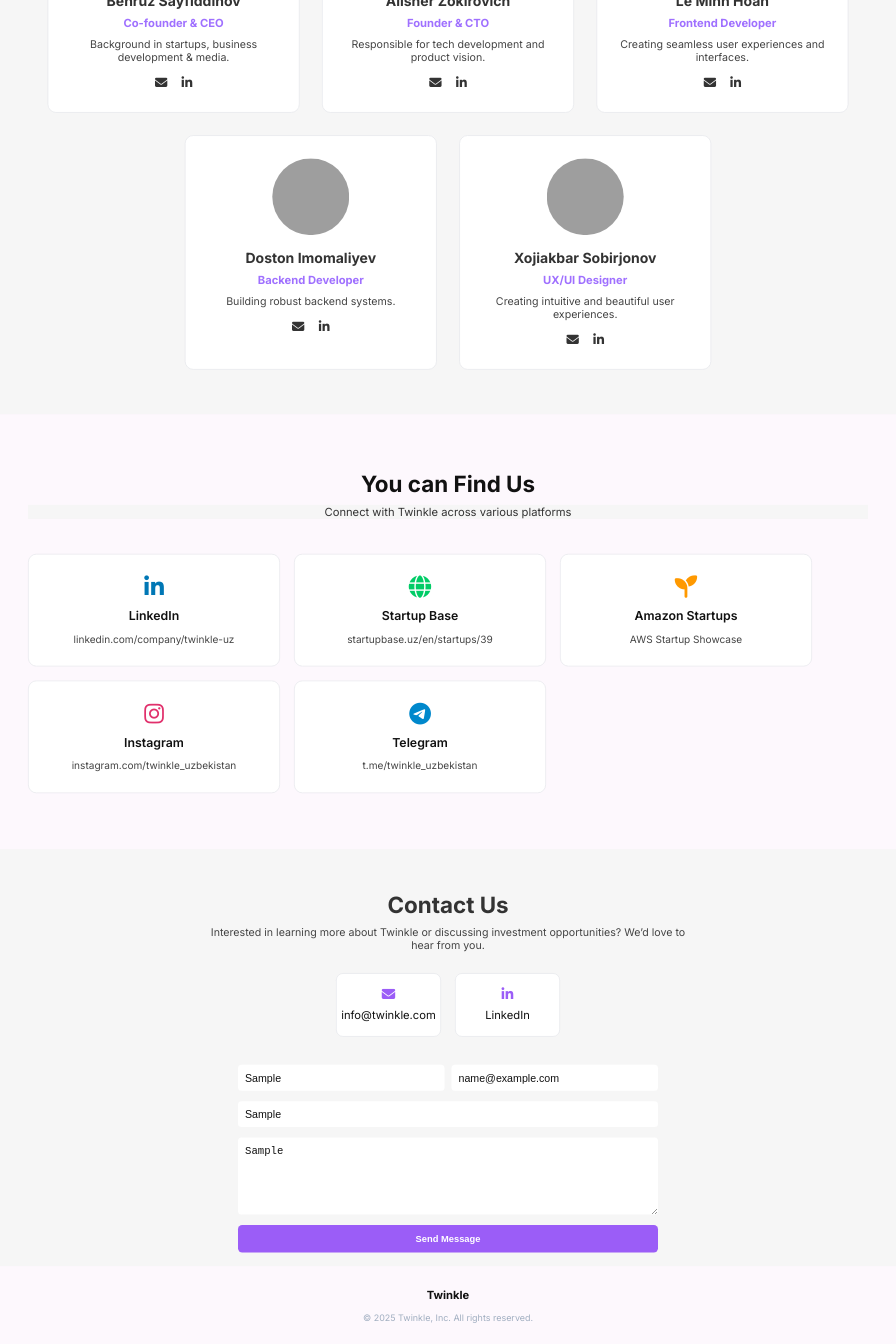
Repository: techboy-33/Twinkle-web
Page: index.html
The author's editor kept a copy of each file at every save. The page is drawn from the files as they stood at one save, then again after the next save.
The browser window is 1280 px wide. The pictures show the part of the page from y = 2433 to 4353 px (the page is 4353 px tall before and 4339 px after), at 70% of full size.
Empty fields were first filled with sample values (such as "Sample", 5 or name@example.com).
After loading, the first visible `#theme-toggle` was clicked once.
Pictures or frames that could not be fetched are drawn as grey boxes.

Above is the page before, as saved 2025-05-15 13:58:16.

### index.html
<!DOCTYPE html>
<html lang="en">

<head>
    <meta charset="UTF-8" />
    <meta name="viewport" content="width=device-width, initial-scale=1.0" />
    <title>Twinkle</title>
    <link href="styles.css" rel="stylesheet" />
    <link href="https://fonts.googleapis.com/css2?family=Inter:wght@400;600;700&display=swap" rel="stylesheet">
    <link rel="stylesheet" href="https://cdnjs.cloudflare.com/ajax/libs/font-awesome/6.5.0/css/all.min.css">
    <link rel="stylesheet" href="./base.css">
    <link rel="stylesheet" href="./responsive.css">
</head>

<body>
    <header class="navbar">
        <div class="container nav-inner">
            <div class="logo">Twinkle</div>
            <div class="nav-right">
                <nav class="nav-links">
                    <a href="#">General Info</a>
                    <a href="#">News</a>
                    <a href="#">Team</a>
                </nav>
                <div class="nav-icons">
                    <button class="icon-btn">
                        <i class="fa-solid fa-globe"></i>
                    </button>
                    <button class="icon-btn" id="theme-toggle">
                        <i class="fa-solid fa-sun"></i>
                    </button>
                    <button class="icon-btn contact-btn">Contact</button>
                    <button class="hamburger-menu" id="menu-toggle">
                        <i class="fa-solid fa-bars"></i>
                    </button>
                </div>
            </div>
        </div>
    </header>
    <section class="hero">
        <div class="hero-inner">
            <h1>Twinkle</h1>
            <p class="subtitle">
                A social media platform uniting creators who produce high-quality, intellectual, and value-driven
                content with innovative filtering and multi-monetization models.
            </p>

            <div class="info-grid">
                <div class="info-card">
                    <h3>Founded</h3>
                    <p>15th of December 2024</p>
                </div>
                <div class="info-card">
                    <h3>Headquarters</h3>
                    <p>Samarkand, Uzbekistan (remote)</p>
                </div>
                <div class="info-card">
                    <h3>Focus</h3>
                    <p>Creator economy, empowering media industry</p>
                </div>
                <div class="info-card">
                    <h3>Target Market</h3>
                    <p>Uzbekistan, Global Expansion</p>
                </div>
            </div>

            <button class="learn-btn">Learn More
                <i class="fa-solid fa-chevron-down"></i>
            </button>
        </div>
    </section>
    <main class="container">
        <section class="general-info">
            <h2>General Info</h2>
            <div class="info-columns">
                <div class="left">
                    <div>
                        <p class="strong">Industry</p>
                        <p>Social Media, Creator Economy</p>
                    </div>
                    <div>
                        <p class="strong">Business Model</p>
                        <p>Platform, Subscription, Transaction Fees</p>
                    </div>
                    <div>
                        <p class="strong">Location</p>
                        <p>Tashkent, Uzbekistan</p>
                    </div>
                    <div>
                        <p class="strong">Stage</p>
                        <p>Pre-Seed</p>
                    </div>
                </div>
                <div class="right">
                    <div>
                        <p class="strong">Description</p>
                        <p>Twinkle is designed to build a community of high-caliber, educational content creators while
                            creating a next-generation media platform that enables expanded monetization opportunities.
                        </p>
                    </div>
                    <div>
                        <p class="strong">Investment Needs</p>
                        <p>Seeking investment for platform development, marketing, team expansion, and operational
                            costs.
                        </p>
                    </div>
                    <button class="pitch-btn">View Pitch Deck
                        <i class="fa-solid fa-download"></i>
                    </button>
                </div>
            </div>
        </section>
    </main>
    <section class="news-section">
        <div class="container">
            <h2 class="news-title">Latest News</h2>
            <p class="news-subtitle">Updates and insights from our LinkedIn</p>

            <div class="news-grid">
                <!-- News Card 1 -->
                <div class="news-card">
                    <h3>Twinkle Announces Partnership with Local Creator Hub</h3>
                    <p>We're excited to announce our new partnership with the Central Asian Creator Hub, which will help
                        us connect with more talented content creators in the region...</p>
                    <div class="news-meta">
                        <span>📅 June 15, 2023</span>
                        <a href="#">Read More</a>
                    </div>
                </div>

                <!-- News Card 2 -->
                <div class="news-card">
                    <h3>The Future of Content Monetization in Emerging Markets</h3>
                    <p>Our CEO Behruz Sayfiddinov shares insights on how content creators in emerging markets can
                        leverage new monetization strategies to build sustainable careers...</p>
                    <div class="news-meta">
                        <span>📅 May 28, 2023</span>
                        <a href="#">Read More</a>
                    </div>
                </div>

                <!-- News Card 3 -->
                <div class="news-card">
                    <h3>Twinkle Featured in 'Startups to Watch' List</h3>
                    <p>We're honored to be included in this year's 'Startups to Watch' list by Tech Central Asia. This
                        recognition highlights our innovative approach to content creation...</p>
                    <div class="news-meta">
                        <span>📅 April 10, 2023</span>
                        <a href="#">Read More</a>
                    </div>
                </div>

                <!-- News Card 4 -->
                <div class="news-card">
                    <h3>Building a Quality-First Content Platform</h3>
                    <p>In our latest blog post, CTO Alisher Zokirovich discusses the technical challenges of building a
                        platform that prioritizes quality content while maintaining scalability...</p>
                    <div class="news-meta">
                        <span>📅 March 22, 2023</span>
                        <a href="#">Read More</a>
                    </div>
                </div>
            </div>

            <div class="view-all-wrapper">
                <button class="view-all-btn">View All Updates
                    <i class="fa-brands fa-linkedin-in"></i>
                </button>
            </div>
        </div>
    </section>
    <section class="team-section">
        <div class="container">
            <h2 class="team-title">Our Team</h2>
            <p class="team-subtitle">Meet the passionate minds behind Twinkle</p>

            <div class="team-grid">
                <!-- Team Members -->
                <div class="team-card">
                    <img src="https://encrypted-tbn0.gstatic.com/images?q=tbn:ANd9GcR9CMIiPoEBXCQ0sEX700hf1_gQ1kkmD3HA4w&s"
                        alt="Behruz">
                    <h3>Behruz Sayfiddinov</h3>
                    <p class="role">Co-founder & CEO</p>
                    <p class="desc">Background in startups, business development & media.</p>
                    <div class="icons">
                        <a href="#"><i class="fas fa-envelope"></i></a>
                        <a href="#"><i class="fab fa-linkedin-in"></i></a>
                    </div>
                </div>

                <div class="team-card">
                    <img src="https://encrypted-tbn0.gstatic.com/images?q=tbn:ANd9GcR9CMIiPoEBXCQ0sEX700hf1_gQ1kkmD3HA4w&s"
                        alt="Alisher">
                    <h3>Alisher Zokirovich</h3>
                    <p class="role">Founder & CTO</p>
                    <p class="desc">Responsible for tech development and product vision.</p>
                    <div class="icons">
                        <a href="#"><i class="fas fa-envelope"></i></a>
                        <a href="#"><i class="fab fa-linkedin-in"></i></a>
                    </div>
                </div>

                <div class="team-card">
                    <img src="https://encrypted-tbn0.gstatic.com/images?q=tbn:ANd9GcR9CMIiPoEBXCQ0sEX700hf1_gQ1kkmD3HA4w&s"
                        alt="Member">
                    <h3>Le Minh Hoan</h3>
                    <p class="role">Frontend Developer</p>
                    <p class="desc">Creating seamless user experiences and interfaces.</p>
                    <div class="icons">
                        <a href="#"><i class="fas fa-envelope"></i></a>
                        <a href="#"><i class="fab fa-linkedin-in"></i></a>
                    </div>
                </div>

                <div class="team-card">
                    <img src="https://encrypted-tbn0.gstatic.com/images?q=tbn:ANd9GcR9CMIiPoEBXCQ0sEX700hf1_gQ1kkmD3HA4w&s"
                        alt="Member">
                    <h3>Doston Imomaliyev</h3>
                    <p class="role">Backend Developer</p>
                    <p class="desc">Building robust backend systems.</p>
                    <div class="icons">
                        <a href="#"><i class="fas fa-envelope"></i></a>
                        <a href="#"><i class="fab fa-linkedin-in"></i></a>
                    </div>
                </div>

                <div class="team-card">
                    <img src="https://encrypted-tbn0.gstatic.com/images?q=tbn:ANd9GcR9CMIiPoEBXCQ0sEX700hf1_gQ1kkmD3HA4w&s"
                        alt="Member">
                    <h3>Xojiakbar Sobirjonov</h3>
                    <p class="role">UX/UI Designer</p>
                    <p class="desc">Creating intuitive and beautiful user experiences.</p>
                    <div class="icons">
                        <a href="#"><i class="fas fa-envelope"></i></a>
                        <a href="#"><i class="fab fa-linkedin-in"></i></a>
                    </div>
                </div>
            </div>
        </div>
    </section>
    <section class="find-us-section">
        <div class="container">
            <h2 class="find-us-title">You can Find Us</h2>
            <p class="find-us-subtitle">Connect with Twinkle across various platforms</p>
            <div class="find-us-grid">
                <div class="find-us-card linkedin">
                    <i class="fab fa-linkedin-in"></i>
                    <h3>LinkedIn</h3>
                    <p>linkedin.com/company/twinkle-uz</p>
                </div>
                <div class="find-us-card startup-base">
                    <i class="fas fa-globe"></i>
                    <h3>Startup Base</h3>
                    <p>startupbase.uz/en/startups/39</p>
                </div>
                <div class="find-us-card amazon">
                    <i class="fas fa-seedling"></i>
                    <h3>Amazon Startups</h3>
                    <p>AWS Startup Showcase</p>
                </div>
                <div class="find-us-card instagram">
                    <i class="fab fa-instagram"></i>
                    <h3>Instagram</h3>
                    <p>instagram.com/twinkle_uzbekistan</p>
                </div>
                <div class="find-us-card telegram">
                    <i class="fab fa-telegram-plane"></i>
                    <h3>Telegram</h3>
                    <p>t.me/twinkle_uzbekistan</p>
                </div>
            </div>
        </div>
    </section>
    <section class="contact-section">
        <div class="container contact-container">
            <h2 class="contact-title">Contact Us</h2>
            <p class="contact-description">
                Interested in learning more about Twinkle or discussing investment opportunities? We’d love to hear from
                you.
            </p>

            <div class="contact-methods">
                <div class="contact-box">
                    <i class="fas fa-envelope"></i>
                    <p>info@twinkle.com</p>
                </div>
                <div class="contact-box">
                    <i class="fab fa-linkedin-in"></i>
                    <p>LinkedIn</p>
                </div>
            </div>

            <form class="contact-form">
                <div class="form-row">
                    <input type="text" placeholder="Name" required />
                    <input type="email" placeholder="Email" required />
                </div>
                <input type="text" placeholder="Subject" required />
                <textarea placeholder="Message" rows="5" required></textarea>
                <button type="submit" class="send-btn">Send Message</button>
            </form>
        </div>

    </section>
    <footer class="contact-footer">
        <p class="footer-brand">Twinkle</p>
        <p class="footer-rights">© 2025 Twinkle, Inc. All rights reserved.</p>
    </footer>
    <script src="./js.js"></script>
</body>

</html>

### base.css
body.light-mode {
  background-color: #fdf8fd;
  color: #111111;
}

body.light-mode .logo {
  color: #111111 !important;
}

body.light-mode .navbar {
  border-bottom: 1px solid #e5e7eb;
}

body.light-mode .general-info,
body.light-mode .team-section,
body.light-mode .contact-section,
body.light-mode .general-info h2,
body.light-mode .strong,
body.light-mode .find-us-section .find-us-subtitle {
  background-color: #f6f6f6;
  color: #333 !important;
}

body.light-mode .general-info p {
  color: #757576;
}

body.light-mode .navbar,
body.light-mode .hero,
body.light-mode .icon-btn,
body.light-mode .hamburger-menu,
body.light-mode .text-muted-foreground,
body.light-mode .news-section,
body.light-mode .find-us-section,
body.light-mode .contact-footer {
  background-color: #fdf8fd !important;
  color: #111111 !important;
}
body.light-mode .contact-box,
body.light-mode .info-card,
body.light-mode .team-card,
body.light-mode .find-us-card {
  background-color: #ffffff !important;
  border: 1px solid #e5e7eb !important;
  box-shadow: none;
}
body.light-mode .find-us-card h3 {
  margin: 14px 0;
}
body.light-mode .team-card .role{
  margin: 10px 0;
}
body.light-mode .icons i {
  color: #333;
}

body.light-mode .info-card h3 {
  color: #333;
}

body.light-mode .info-card p {
  color: #757576;
}

body.light-mode .news-card,
body.light-mode .contact-box,
body.light-mode .contact-form input,
body.light-mode .contact-form textarea {
  color: #111111 !important;
}

body.light-mode .news-card {
  border: 1px solid #e4e4e4;
  background-color: #ffffff !important;

}

body.light-mode .news-card p {
  color: #757576;
}

body.light-mode a {
  color: #4f46e5;
}

body.light-mode .subtitle,
body.light-mode .news-subtitle,
body.light-mode .team-subtitle,
body.light-mode .desc,
body.light-mode .find-us-card p,
body.light-mode .contact-description {
  color: #444 !important;
}

body.light-mode .contact-form input,
body.light-mode .contact-form textarea{
  background-color: #ffffff;
}

body.light-mode .contact-footer {
  flex-direction: column;
  align-items: center;
  border: none;
}
body.light-mode .footer-brand {
  margin-bottom: 16px;
}

### responsive.css
@media (max-width: 768px) {

    .navbar {
        width: 100vw;
        overflow-x: hidden;
    }

    .nav-links,
    .contact-btn {
        display: none;
    }

    .hamburger-menu {
        display: block;
        background-color: #0f172a;
        color: #d1d5db;
        border: none;
        font-size: 18px;
    }

    .nav-inner {
        max-width: 1200px;
        width: 100%;
        padding: 0 26px;
        margin: 0 auto;
        display: flex;
        justify-content: space-between;
        align-items: center;
    }

    .nav-right {
        gap: 12px;
    }

    .nav-icons {
        display: flex;
        align-items: center;
        justify-content: flex-end;
        gap: 16px;
    }


    .nav-open .nav-links {
        display: flex;
        flex-direction: column;
        background-color: #1e293b;
        position: absolute;
        top: 70px;
        right: 20px;
        padding: 12px;
        border-radius: 8px;
        gap: 12px;
        z-index: 1001;
    }

    .nav-open .contact-btn {
        display: block;
        width: 100%;
    }

    /* hero */
    .hero {
        padding: 80px 0;
    }

    .hero-inner {
        padding: 0 26px;
    }

    .hero-inner h1 {
        font-size: 36px;
    }

    .subtitle {
        font-size: 16px;
        max-width: 100%;
        margin-bottom: 40px;
    }

    .info-grid {
        grid-template-columns: 1fr;
        gap: 20px;
    }

    .info-card {
        padding: 20px;
    }

    .learn-btn {
        font-size: 14px;
        padding: 10px 24px;
    }

    /* General  Info Section */
    .general-info {
        padding: 60px 26px 70px 26px;
    }

    .general-info h2 {
        font-size: 26px;
        margin: 10px 0 60px 0;
    }

    .info-columns {
        flex-direction: column;
        gap: 40px;
    }

    .info-columns .left,
    .info-columns .right {
        flex: none;
        width: 100%;
    }

    .info-columns p {
        font-size: 15px;
        line-height: 22px;
    }

    .info-columns p strong {
        margin-bottom: 10px;
    }

    .pitch-btn {
        margin: 26px 0;
    }

    /* new section */
    .news-section {
        padding: 60px 26px;
    }

    .news-title,
    .news-subtitle {
        padding-left: 0;
    }

    .news-title {
        font-size: 1.5rem;
        margin: 20px 0;
    }

    .news-subtitle {
        font-size: 0.95rem;
        margin-bottom: 60px;
    }

    .news-grid {
        grid-template-columns: 1fr;
        gap: 20px;
    }

    .news-card {
        padding: 30px 20px;
    }

    .news-card h3 {
        font-size: 1rem;
    }

    .news-card p {
        font-size: 13px;
    }

    .news-meta {
        gap: 6px;
    }

    .view-all-btn {
        width: 50%;
        padding: 12px;
        font-size: 15px;
    }

    /* Teams section*/
    .team-title {
        margin-bottom: 20px;
    }

    /* Find Us */
    .find-us-title {
        margin-bottom: 20px;
    }

    .find-us-grid {
        justify-content: center;
    }

    /* Contact */
    .contact-form {
        width: 100%;
        padding: 0 16px;
    }
    .contact-section {
        padding: 60px 20px 60px 20px;
    }

    .form-row {
        flex-direction: column;
        gap: 10px;
    }
    .contact-methods {
        display: flex;
        flex-direction: column;
    }
    .contact-methods .contact-box {
        width: 360px;
        padding: 30px;
    }
    .contact-methods .contact-box p {
        margin-top: 10px;
    }

    .contact-form input,
    .contact-form textarea {
        font-size: 1rem;
        padding: 12px;
    }

    .send-btn {
        margin-top: 20px;
    }
}

Loaded but not shown: js.js (15 lines, source omitted); styles.css (599 lines, source omitted)

After the next save:
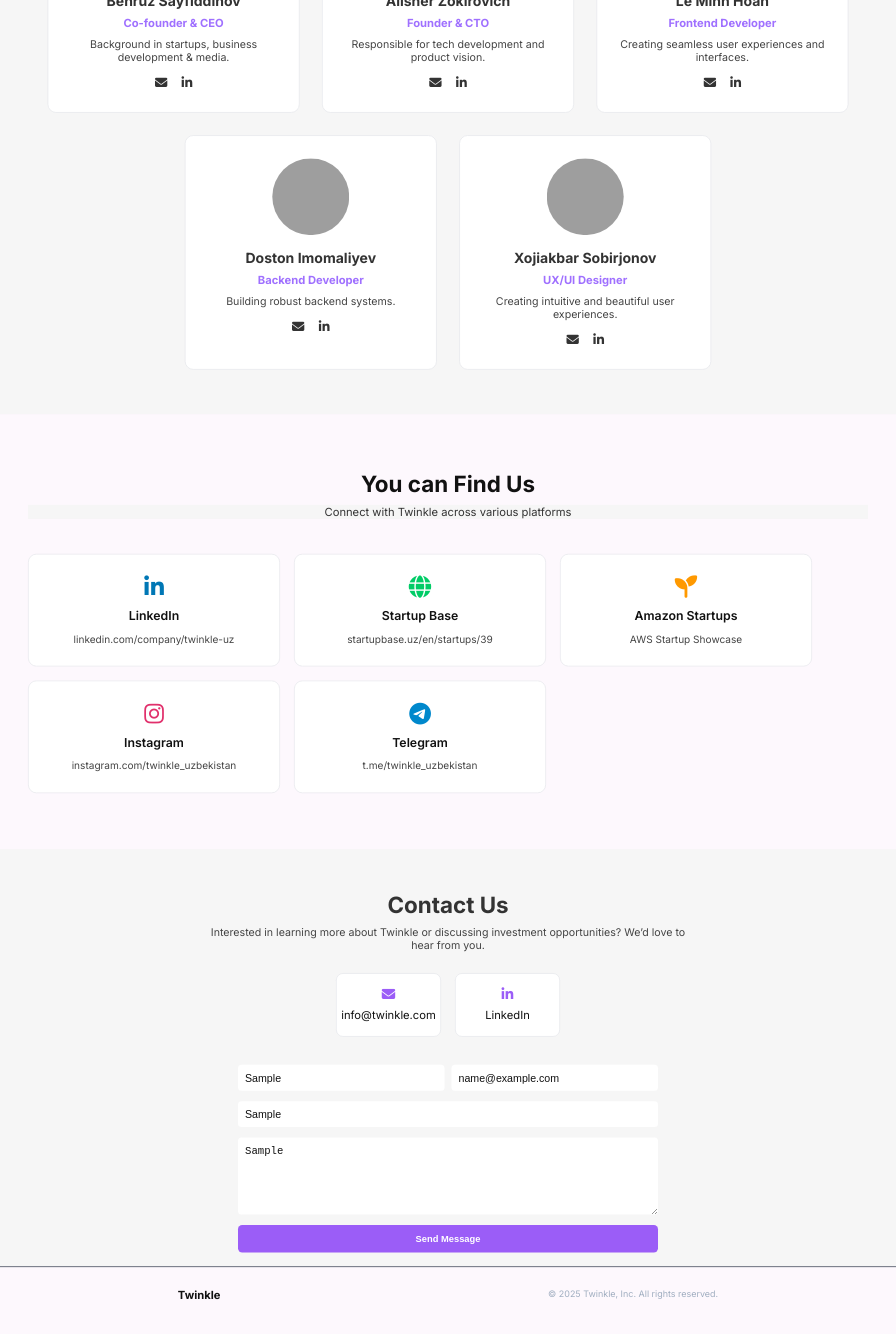
Saved 8 min 25 s later.
--- a/base.css
+++ b/base.css
@@ -97,11 +97,6 @@
   background-color: #ffffff;
 }
 
-body.light-mode .contact-footer {
-  flex-direction: column;
-  align-items: center;
-  border: none;
-}
 body.light-mode .footer-brand {
   margin-bottom: 16px;
 }
